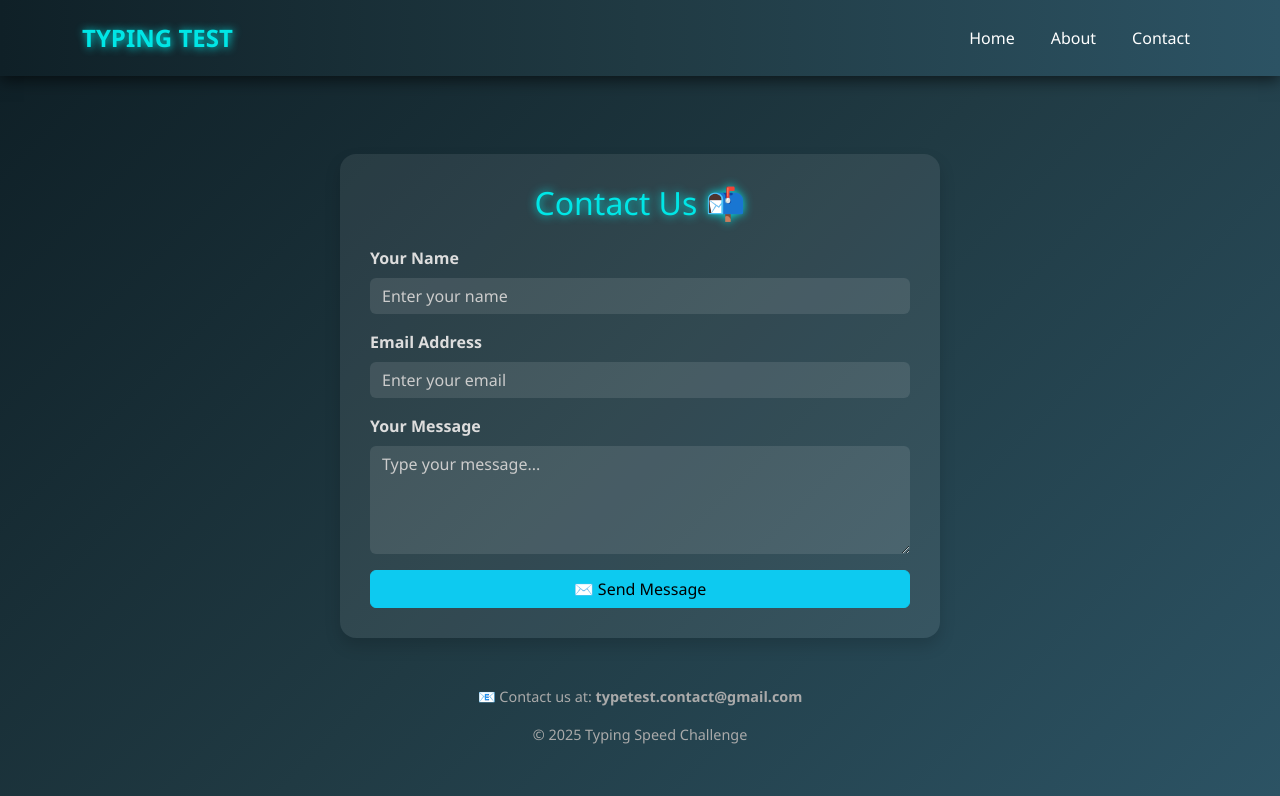
Repository: SHAHZADcodr/typing-test-react
Page: /contact
These files come from the project's save history. The page is drawn as it stood at one moment and after the next save; the edit follows.
The browser window is 1280 px wide. The pictures show the whole page.
The project was rebuilt for these pictures with package versions that can differ from the ones it lists, and the page was loaded fresh each time. Also part of the build but not shown: src/pages/Home.jsx, src/customCss/About.css, src/pages/About.jsx, src/customCss/Game.css, src/pages/Game.jsx, src/customCss/GameOver.css, src/pages/GameOver.jsx. Imported but missing from the stored project, and not drawn on this page: src/assets/background.mp3, src/assets/pop.mp3.

Above is the page before, as saved 2025-04-09 15:38:57.

After the next save:
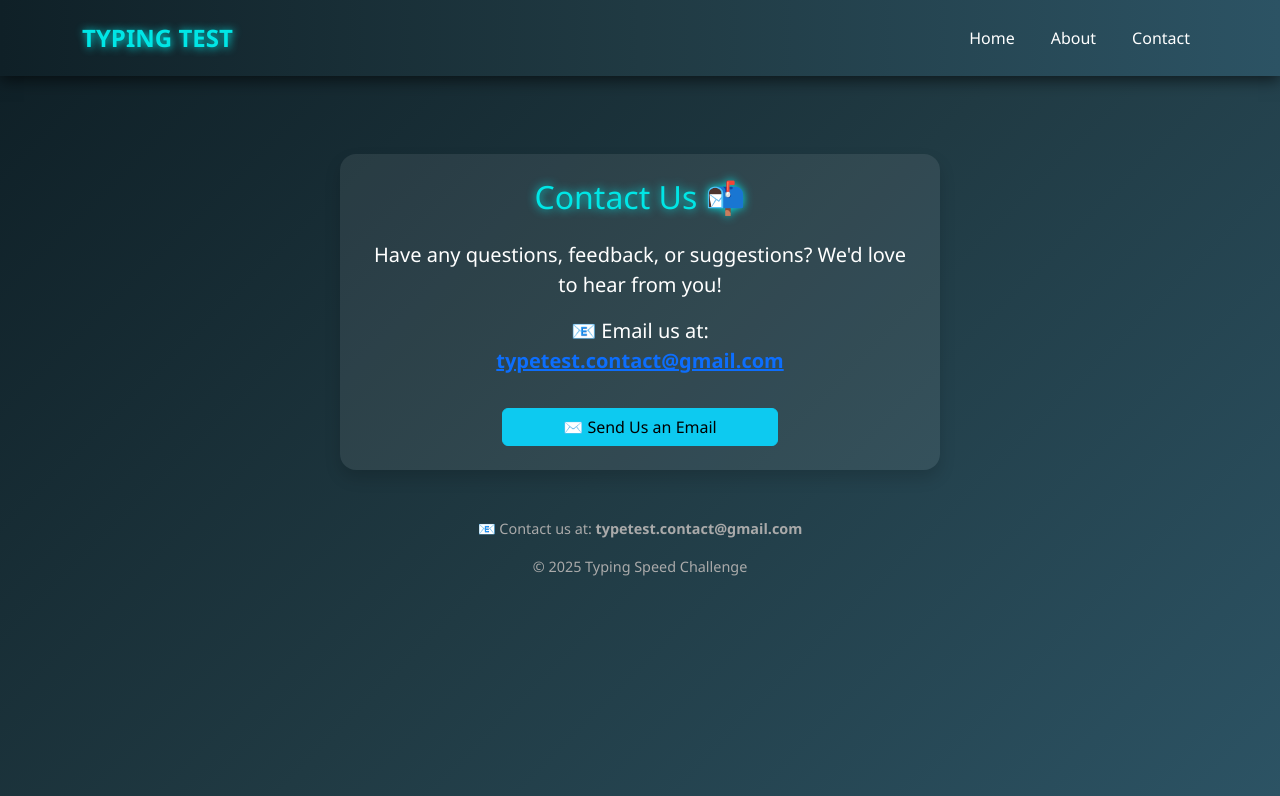
Saved 6 min 22 s later.
--- a/src/pages/Contact.jsx
+++ b/src/pages/Contact.jsx
@@ -1,49 +1,40 @@
 // src/pages/Contact.jsx
-import React, { useState } from 'react';
-import { Container, Form, Button, Card, Alert } from 'react-bootstrap';
+import React from 'react';
+import { Container, Card, Button } from 'react-bootstrap';
 import '../customCss/Contact.css';
 
 const Contact = () => {
-  const [submitted, setSubmitted] = useState(false);
   const currentYear = new Date().getFullYear();
-
-  const handleSubmit = (e) => {
-    e.preventDefault();
-    setSubmitted(true);
-  };
 
   return (
     <div className="contact-container">
       <Container className="mt-5">
-        <Card className="contact-card shadow border-0 rounded-4">
-          <h2 className="mb-4 text-center text-glow">Contact Us 📬</h2>
-          {submitted ? (
-            <Alert variant="success" className="text-center mt-4">
-              ✅ Thank you for reaching out! We'll get back to you soon 😊
-            </Alert>
-          ) : (
-            <Form onSubmit={handleSubmit}>
-              <Form.Group className="mb-3">
-                <Form.Label>Your Name</Form.Label>
-                <Form.Control type="text" placeholder="Enter your name" required />
-              </Form.Group>
+        <Card className="contact-card shadow border-0 rounded-4 text-center p-4">
+          <h2 className="mb-4 text-glow">Contact Us 📬</h2>
+          <p className="lead">
+            Have any questions, feedback, or suggestions? We'd love to hear from you!
+          </p>
+          <p className="fs-5">
+            📧 Email us at:<br />
+            <strong>
+              <a
+                href="mailto:typetest.contact@gmail.com"
+                className="contact-email-link"
+              >
+                typetest.contact@gmail.com
+              </a>
+            </strong>
+          </p>
 
-              <Form.Group className="mb-3">
-                <Form.Label>Email Address</Form.Label>
-                <Form.Control type="email" placeholder="Enter your email" required />
-              </Form.Group>
+          <Button
+            variant="info"
+            href="mailto:typetest.contact@gmail.com"
+            className="mt-3 w-50 mx-auto"
+          >
+            ✉️ Send Us an Email
+          </Button>
+        </Card>
 
-              <Form.Group className="mb-3">
-                <Form.Label>Your Message</Form.Label>
-                <Form.Control as="textarea" rows={4} placeholder="Type your message..." required />
-              </Form.Group>
-
-              <Button variant="info" type="submit" className="w-100">
-                ✉️ Send Message
-              </Button>
-            </Form>
-          )}
-        </Card>
         <footer className="contact-footer mt-5 text-center">
           <p>📧 Contact us at: <strong>typetest.contact@gmail.com</strong></p>
           <p>© {currentYear} Typing Speed Challenge</p>
